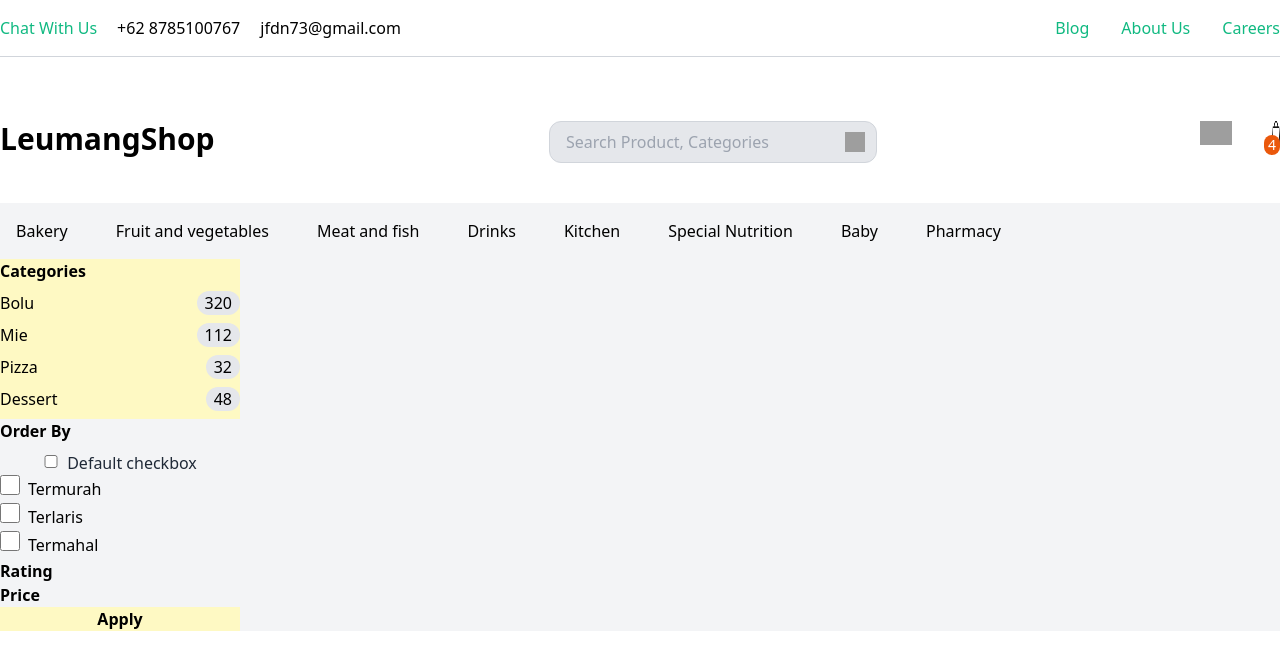
Repository: jafetdn73/ecommerce-tailwind
Page: /
An editor plug-in stored every save of this project. The page is shown before and after the next save, followed by the edit.
The browser window is 1280 px wide. The pictures show the whole page.
Pictures or frames that could not be fetched are drawn as grey boxes. The project was rebuilt for these pictures with package versions that can differ from the ones it lists, and the page was loaded fresh each time. Also part of the build but not shown: src/App.css.

Above is the page before, as saved 2022-03-13 23:08:35.

### src/App.js
import "./App.css";

function App() {
  return (
    <div className="bg-white container mx-auto">
      <div className="flex justify-between py-4 border-b border-gray-300">
        <div className="flex gap-5">
          <a href="http://google.com" className="text-emerald-500">
            Chat With Us
          </a>
          <a href="http://facebook.com">+62 8785100767</a>
          <a href="http://ggogl.com">jfdn73@gmail.com</a>
        </div>

        <div className="">
          <ul className="flex gap-8 text-emerald-500">
            <li>Blog</li>
            <li>About Us</li>
            <li>Careers</li>
          </ul>
        </div>
      </div>

      <div className="flex justify-between mt-16">
        <h1 className="text-3xl font-bold">LeumangShop</h1>
        <div className="flex w-full justify-center items-center">
          <input
            type="text"
            placeholder="Search Product, Categories"
            className="w-1/3 border border-gray-300 bg-gray-200 rounded-xl pl-4 py-2"
          />
          <img src="/images/search-icon.png" alt="search" className="w-5 h-5 -ml-8"/>
        </div>
        <div className="flex gap-10">
          <img src="/images/user-icon.png" alt="user" className="w-8 h-6"/>
          <div className="relative">
            <img src="/images/cart-icon.png" alt="icon" className="w-8 h-6"/>
            <label className="absolute bottom-2 -left-2 bg-orange-600 text-white py-0.25 px-1 rounded-full text-sm">4</label>
          </div>
        </div>
      </div>

      <div className="bg-gray-100 mt-10 py-4 pl-4 text-base font-medium">
        <ul className="flex gap-12">
          <li>Bakery</li>
          <li>Fruit and vegetables</li>
          <li>Meat and fish</li>
          <li>Drinks</li>
          <li>Kitchen</li>
          <li>Special Nutrition</li>
          <li>Baby</li>
          <li>Pharmacy</li>
        </ul>
        </div>

      {/* Container Wrapper */}
      <div className="bg-gray-100">
        {/* Side Bar Container */}
        <div className="flex flex-col w-60 bg-yellow-100" >
          {/* Categories Container */}
          <div className="flex flex-col">
            <h1 className="font-bold text-base mb-2">Categories</h1>
            <ul>
              <div className="flex justify-between">
                <li>Bolu</li><label className="mb-2 bg-gray-200 pl-2 pr-2 rounded-xl">320</label>
              </div>
              <div className="flex justify-between">
                <li>Mie</li><label className="mb-2 bg-gray-200 pl-2 pr-2 rounded-xl">112</label>
              </div>
              <div className="flex justify-between">
                <li>Pizza</li><label className="mb-2 bg-gray-200 pl-2 pr-2 rounded-xl">32</label>
              </div>
              <div className="flex justify-between">
                <li>Dessert</li><label className="mb-2 bg-gray-200 pl-2 pr-2 rounded-xl">48</label>
              </div>
            </ul>
          </div>
          {/* Order By Categories */}
          <div className="form-check bg-gray-100 flex flex-col">
            <h1 className="font-bold mb-2">Order By</h1>

            <div class="flex justify-center">
  <div>
    <div class="">
      <input class="  appearance-noneh-4 w-4 border border-gray-300 rounded-sm bg-white checked:bg-lime-600 checked:border-blue-600 focus:outline-none transition duration-200 mt-1 align-top bg-no-repeat bg-center bg-contain float-left mr-2 cursor-pointer" type="checkbox" value="" id="flexCheckDefault"></input>
      <label class="form-check-label inline-block text-gray-800" for="flexCheckDefault">
        Default checkbox
      </label>
    </div>
  </div>
</div>

           <div>
             <input type="checkbox" className="form-check-input checked:bg-lime-600 w-5 h-5 mr-2 mb-2">
               </input>
               <label >Termurah</label>
          </div>
          <div>
            <input type="checkbox"  className="bg-lime-600 w-5 h-5 mr-2 mb-2"></input><label>Terlaris</label>
          </div>
          <div>
            <input type="checkbox"  className="bg-lime-600 w-5 h-5 mr-2 mb-2"></input><label>Termahal</label>
          </div>
          </div>
          {/* Rating Container */}
          <div className="bg-gray-100">
          <h1 className="font-bold">Rating</h1>
          </div>
          {/* Price Container */}
          <div className="bg-gray-100">
          <h1 className="font-bold">Price</h1>
          </div>
          <button className="font-bold">Apply</button>
        </div>
        <div className="bg-gray-100">
          <div className="bg-yellow-100">
          </div>
        </div>
      </div>



    </div>
  );
}

export default App;

Loaded but not shown: public/index.html (common file); src/index.js (common file); src/index.css (common file); src/reportWebVitals.js (common file); tailwind.config.js (common file)

After the next save:
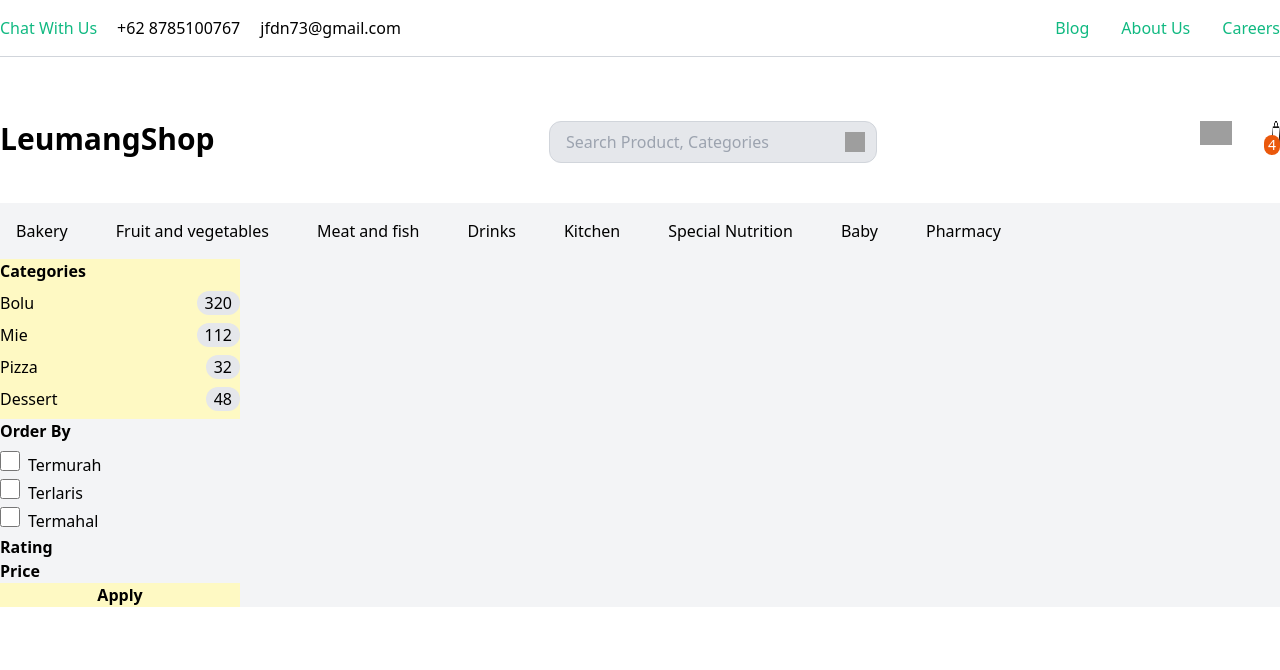
Saved 20 s later.
--- a/src/App.js
+++ b/src/App.js
@@ -78,18 +78,6 @@ function App() {
           {/* Order By Categories */}
           <div className="form-check bg-gray-100 flex flex-col">
             <h1 className="font-bold mb-2">Order By</h1>
-
-            <div class="flex justify-center">
-  <div>
-    <div class="">
-      <input class="  appearance-noneh-4 w-4 border border-gray-300 rounded-sm bg-white checked:bg-lime-600 checked:border-blue-600 focus:outline-none transition duration-200 mt-1 align-top bg-no-repeat bg-center bg-contain float-left mr-2 cursor-pointer" type="checkbox" value="" id="flexCheckDefault"></input>
-      <label class="form-check-label inline-block text-gray-800" for="flexCheckDefault">
-        Default checkbox
-      </label>
-    </div>
-  </div>
-</div>
-
            <div>
              <input type="checkbox" className="form-check-input checked:bg-lime-600 w-5 h-5 mr-2 mb-2">
                </input>
